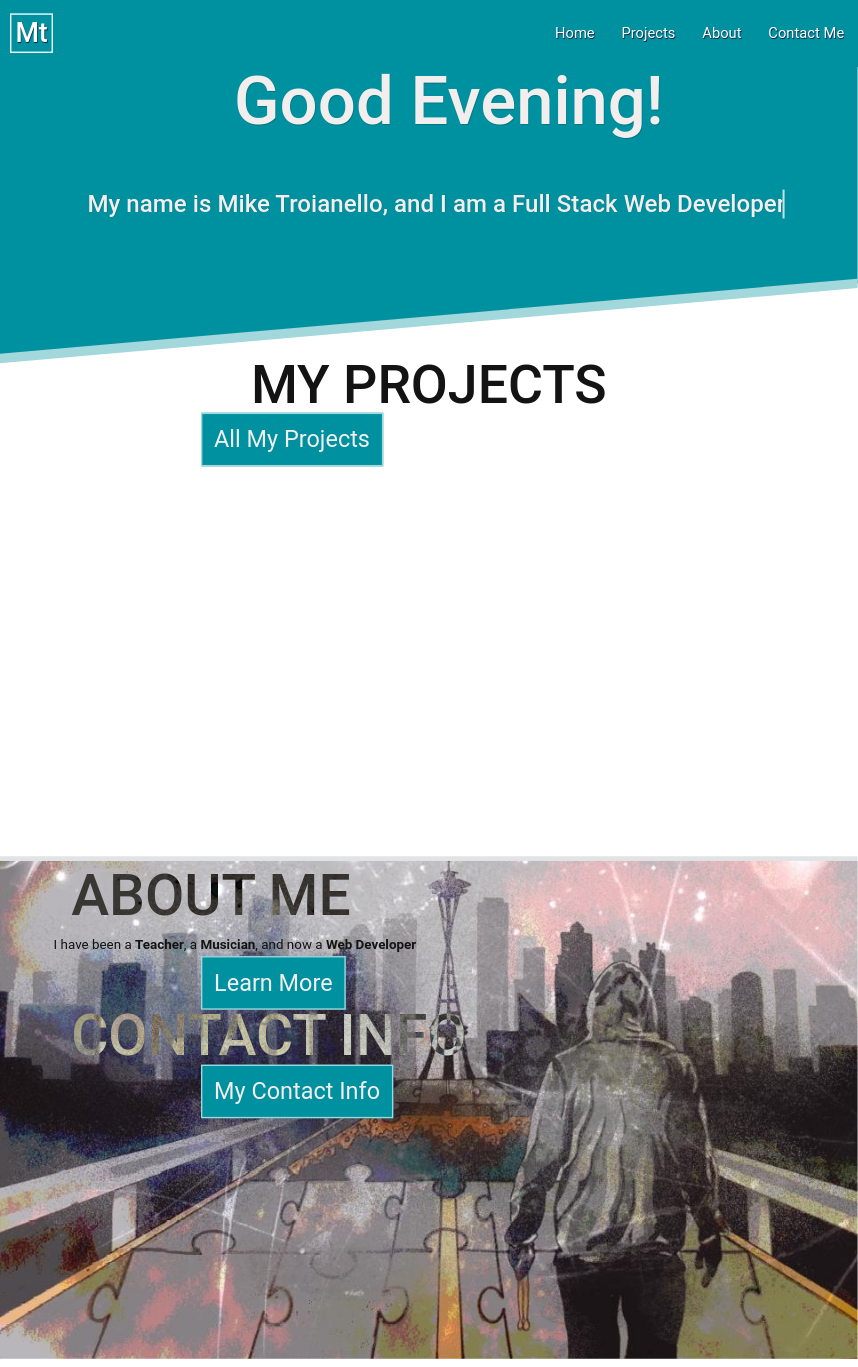
Repository: MikeTroianello/troianello
Page: /
The author's editor kept a copy of each file at every save. The page is drawn from the files as they stood at one save, then again after the next save.
The browser window is 1280 px wide. The pictures show the whole page, at 67% of full size.
The project was rebuilt for these pictures with package versions that can differ from the ones it lists, and the page was loaded fresh each time. Also part of the build but not shown: src/components/locations/About/About.css, src/components/locations/About/AboutMobile.css, src/components/locations/About/About.js, src/components/cards/RainbowDay.js, src/components/cards/CanvasBubbles.js, src/components/cards/projectCard.css, src/components/cards/projectCardMobile.css, src/components/cards/ProjectCard.js and 5 more.

Above is the page before, as saved 2019-08-03 22:08:20.

### public/index.html
<!DOCTYPE html>
<html lang="en">
  <head>
    <meta charset="utf-8" />
    <link rel="shortcut icon" href="%PUBLIC_URL%/favicon.ico" />
    <meta name="viewport" content="width=device-width, initial-scale=1" />
    <meta name="theme-color" content="#000000" />
    <!--
      manifest.json provides metadata used when your web app is installed on a
      user's mobile device or desktop. See https://developers.google.com/web/fundamentals/web-app-manifest/
    -->
    <link rel="manifest" href="%PUBLIC_URL%/manifest.json" />
    <!--
      Notice the use of %PUBLIC_URL% in the tags above.
      It will be replaced with the URL of the `public` folder during the build.
      Only files inside the `public` folder can be referenced from the HTML.

      Unlike "/favicon.ico" or "favicon.ico", "%PUBLIC_URL%/favicon.ico" will
      work correctly both with client-side routing and a non-root public URL.
      Learn how to configure a non-root public URL by running `npm run build`.
    -->
    <title>MIKE TROIANELLO</title>
  </head>
  <body>
    <noscript>You need to enable JavaScript to run this app.</noscript>
    <div id="root"></div>
  </body>
</html>

### src/App.js
import React, { Component } from 'react';
import { BrowserRouter as Router, Route, Switch } from 'react-router-dom';
import Header from './components/Header';
import Home from './components/locations/Home';
import About from './components/locations/About/About';
import Projects from './components/locations/Projects';
import Contact from './components/locations/Contact/Contact';
import NotFound from './components/locations/NotFound';
import Greet from './components/context-sensitive/Greet.js';
import './App.css';

class App extends Component {
  // state = {
  //   header: '',
  //   hours: new Date().getHours()
  // };

  // componentDidMount() {
  //   window.addEventListener('scroll', this.handleScroll);
  // }

  // componentWillUnmount() {
  //   window.removeEventListener('scroll', this.handleScroll);
  // }

  // handleScroll = event => {
  //   let scrollTop = event.srcElement.body.scrollTop;
  //   console.log(window.scrollY);
  //   // if(window.scrollY > 200 && this.state.header) {
  //   if (window.scrollY < 88) {
  //     this.setState({ header: '' });
  //     console.log(this.state.header);
  //   }
  //   if (window.scrollY > 88 && window.scrollY < 502) {
  //     this.setState({ header: <Greet classname='header-greet' /> });
  //     console.log(this.state.header);
  //   }
  //   if (window.scrollY > 503 && window.scrollY < 1266) {
  //     this.setState({ header: 'My Projects' });
  //     console.log(this.state.header);
  //   }
  //   if (window.scrollY > 1267) {
  //     this.setState({ header: 'About Me' });
  //     console.log(this.state.header);
  //   }
  // };

  render() {
    return (
      <div className='App'>
        <Router>
          {/* <Header showHeader={this.state.header} /> */}
          <Header />
          <div>
            <Switch>
              <Route exact path='/' component={Home} />
              <Route exact path='/about' component={About} />
              <Route exact path='/projects' component={Projects} />
              <Route exact path='/contact' component={Contact} />
              <Route component={NotFound} />
            </Switch>
          </div>
        </Router>
      </div>
    );
  }
}

export default App;

### src/components/Header.js
import React, { Component } from 'react';
import { Link } from 'react-router-dom';
import Greet from '../components/context-sensitive/Greet.js';

export default class Header extends Component {
  render() {
    // let headerClass = this.props.showHeader ? 'header' : 'header transition';
    // if(this.props.showHeader == "time"){
    //   this.props.showHeader = <Greet/>
    // }
    /* <div className={headerClass}> */
    return (
      <div className='header'>
        <div className='links'>
          {/* <div className='logo'>
            <Link to='/'>Mt</Link>
          </div> */}
          <Link to='/' className='logo-2'>
            <h1 className='mt-logo'>Mt</h1>
          </Link>
          <div>{this.props.showHeader}</div>

          <div className='individual-link'>
            <Link to='/'>Home</Link>
          </div>
          <div className='individual-link'>
            <Link to='/projects'>Projects</Link>
          </div>
          <div className='individual-link'>
            <Link to='/about'>About</Link>
          </div>
          <div className='individual-link test'>
            <Link to='/contact'>Contact Me</Link>
          </div>
        </div>
      </div>
    );
  }
}

### src/components/locations/Home.js
import React, { Component } from 'react';
import { Link } from 'react-router-dom';
import Greet from '../context-sensitive/Greet';

export default class Home extends Component {
  render() {
    // let date = new Date();
    // let hours = date.getHours();
    return (
      <div className='home-bg'>
        <div className='home-top'>
          <Greet hours={this.props.hours} />
          <h2 className='home-typewriter-setup home-typewriter-animation'>
            My name is Mike Troianello, and I am a Full Stack Web Developer.
          </h2>
        </div>
        <div className='home-fade1' />
        <div className='home-projects'>
          <h1>MY PROJECTS</h1>
          <div className='link'>
            <Link to='/projects'>All My Projects</Link>
          </div>
        </div>
        <div className='home-fade2' />
        <div className='home-about'>
          <h1 className='home-album-text'>ABOUT ME</h1>
          <p>
            I have been a <strong>Teacher</strong>, a <strong>Musician</strong>,
            and now a <strong>Web Developer</strong>
          </p>
          <div className='link'>
            <Link to='/about'>Learn More</Link>
          </div>
          <h1 className='home-album-text'>CONTACT INFO</h1>
          <div className='link'>
            <Link to='/contact'>My Contact Info</Link>
          </div>
        </div>
      </div>
    );
  }
}

### src/components/context-sensitive/Greet.js
import React, { Component } from 'react';

export default class Greed extends Component {
  render() {
    console.log(this.props.hours);
    const { hours } = this.props;
    function greeting() {
      console.log();
      if (hours < 12) {
        return 'Good Morning!';
      } else if (hours >= 12 && hours < 18) {
        return 'Good Afternoon!';
      } else {
        return 'Good Evening!';
      }
    }
    return (
      <div>
        <h1>{greeting()}</h1>
      </div>
    );
  }
}

### src/App.css
:root {
  --off-black: #131313;
  --off-white: #f2eeee;
}

.App {
  font-family: 'roboto';
}
@import url('https://fonts.googleapis.com/css?family=Chivo&display=swap');
@import url('https://fonts.googleapis.com/css?family=Roboto&display=swap');
@import url('https://fonts.googleapis.com/css?family=Exo+2:800&display=swap');

.App-header {
  background-color: #282c34;
  min-height: 100vh;
  display: flex;
  flex-direction: column;
  /* align-items: center; */
  justify-content: center;
  font-size: calc(10px + 2vmin);
  /* color: white; */
}

/* .App-link {
  color: #61dafb;
} */

body {
  padding-top: 47px;
}

div {
  font-size: 20px;
}

p {
  margin-left: 4em;
  color: var(--off-black);
}

/* HEADER */

.header {
  background-color: #0091a0;
  /* background-color: #192e6c; */
  overflow: hidden;
  position: fixed;
  top: 0;
  width: 100%;
  height: 100px;
  z-index: 1;
  transition: all 0.5s;
}

.header.transition {
  transition: all 0.5s;
}

.header a {
  text-decoration: none;
  font-family: 'roboto';
  color: white;
  text-shadow: 1px 1px 1px #002145;
  font-size: 1.1em;
}

/* HOME PAGE */

/* .home-bg {
  height: 300vh;
} */

.link {
  margin-left: 15em;
}

.link a {
  color: var(--off-white);
  background-color: #0091a0;
  border-style: solid;
  border-color: #a2d7dc;
  border-width: 2px;
  font-size: 1.75em;
  padding: 0.5em;
  /* border-radius: 5px; */
}

.home-top {
  background-color: #0091a0;
  height: 65vh;
  width: 100%;
  transform: skewY(-5deg);
  margin-top: -5vh;
  padding: 0;
}

.home-top h1 {
  text-align: center;
  color: var(--off-white);
  font-size: 5em;
  padding-left: 0.6em;
  padding-top: 0.8em;
  margin-bottom: 0;
  padding-bottom: 0;
  transform: skewY(5deg);
  text-shadow: 1px 1px 1px #007783;
}

.home-top h2 {
  text-align: center;
  color: var(--off-white);
  padding-left: 0.6em;
  margin-bottom: 0;
  padding-bottom: 0;
  transform: skewY(5deg);
  text-shadow: 1px 1px 1px #007783;
}

.home-typewriter-setup {
  /* position: relative;
    width: 29em;
    margin: 0 auto;
    text-align: center;
    white-space: nowrap;
    overflow: hidden; */
  position: relative;
  width: 24em;
  margin: 10vh auto;
  border-right: 3px solid rgba(255, 255, 255, 0.75);
  font-size: 180%;
  text-align: center;
  white-space: nowrap;
  overflow: hidden;
}

.home-typewriter-animation {
  animation: typewriter 4s steps(65) 1s 1 normal both,
    blinkTextCursor 1000ms steps(40) infinite normal;
}

@keyframes typewriter {
  from {
    width: 0;
  }
  to {
    width: 29.5em;
  }
}
@keyframes blinkTextCursor {
  from {
    border-right-color: rgba(255, 255, 255, 0.75);
  }
  to {
    border-right-color: transparent;
  }
}

.home-fade1 {
  height: 2vh;
  width: 100%;
  background-color: #a2d7dc;
  transform: skewY(-5deg);
  margin-top: -1vh;
}

.home-fade2 {
  height: 1vh;
  width: 100%;
  background-color: #e1e3e5;
  /* margin-top: -1vh; */
}

.home-about {
  height: 105vh;
  background: url('./components/images/pics/album-pics/thumbnail-3.jpg')
    no-repeat;
  background-size: 100% auto;
  background-position: 0 -30vh;
  /* background-repeat: no-repeat; */
  /* background-color: #909a9f; */
}

.home-about h1 {
  color: var(--off-white);
  font-size: 4.25em;
  margin-left: 1.25em;
}

.home-projects {
  font-size: 2em;
  padding-top: 1em;
  height: 110vh;
}

.home-projects h1 {
  color: var(--off-black);
  font-size: 2em;
  text-align: center;
}

.home-album-text {
  mix-blend-mode: difference;

  /* mix-blend-mode: exclusion; */
}

.home-contact {
  height: 50vh;
}

.home-contact h1 {
  font-size: 4.5em;
  margin-left: 1em;
  color: var(--off-white);
}

/* PROJECTS PAGE */

.projects {
  background-color: #1c7787;
  color: var(--off-white);
  /* height: 104vh; */
  /* margin-top: -3em; */
  padding-top: 3em;
  overflow: hidden;
  min-height: 97.45vh;
}

.project-box {
  display: flex;
  flex-wrap: wrap;
  justify-content: space-around;
  text-decoration: none;
  /* margin: 1vh 0; */
}

/* .project-box :hover {
  background: rgba(0, 0, 0, 1);
} */

.projects-title {
  text-align: center;
}

.projects-technologies {
  padding: 10vh 0 0 1.33vw;
  background-color: #1c7787;
  border-right: 1.5px solid black;
}

.links {
  display: flex;
  justify-content: flex-end;
  align-items: center;
}

.individual-link {
  margin: 0 1em;
}

/* NAVBAR */

/* logo */

.logo {
  color: white;
  padding: 1px 6px;
  font-size: 1.35em;
  font-weight: bold;
  border-style: solid;
  border-color: White;
  border-width: 2px;
  margin: 20px auto 20px 15px;
}

.logo-2 {
  color: white;
  padding: 1px 6px 0;
  font-weight: bold;
  border-style: solid;
  border-color: White;
  border-width: 2px;
  margin: 20px auto 20px 15px;
}

.mt-logo {
  margin: 3px 0;
}

Loaded but not shown: src/index.js (common file); src/index.css (common file); src/serviceWorker.js (common file)

After the next save:
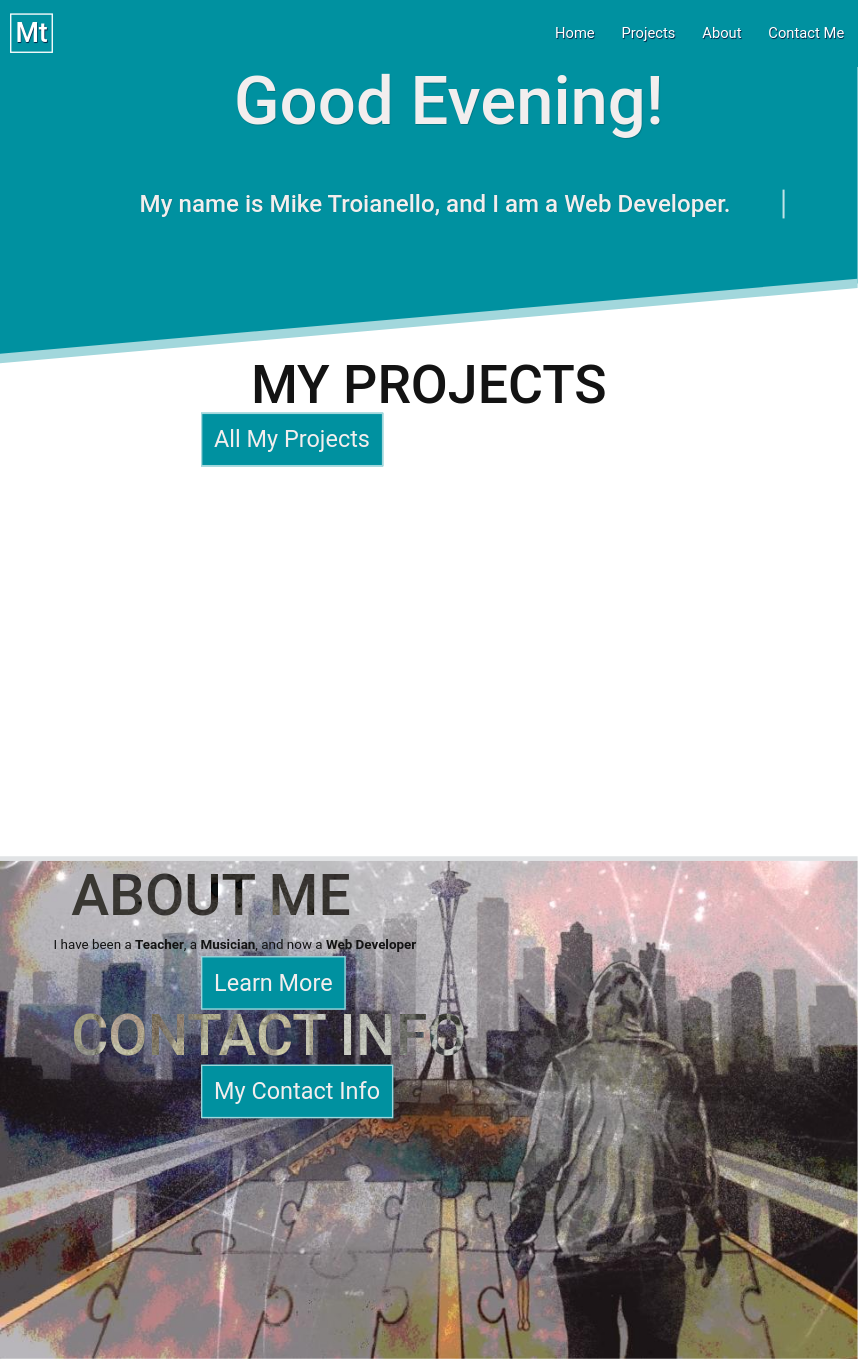
Saved 12 min 22 s later.
--- a/src/components/locations/Home.js
+++ b/src/components/locations/Home.js
@@ -11,7 +11,7 @@
         <div className='home-top'>
           <Greet hours={this.props.hours} />
           <h2 className='home-typewriter-setup home-typewriter-animation'>
-            My name is Mike Troianello, and I am a Full Stack Web Developer.
+            My name is Mike Troianello, and I am a Web Developer.
           </h2>
         </div>
         <div className='home-fade1' />

After the 2 saves that followed:
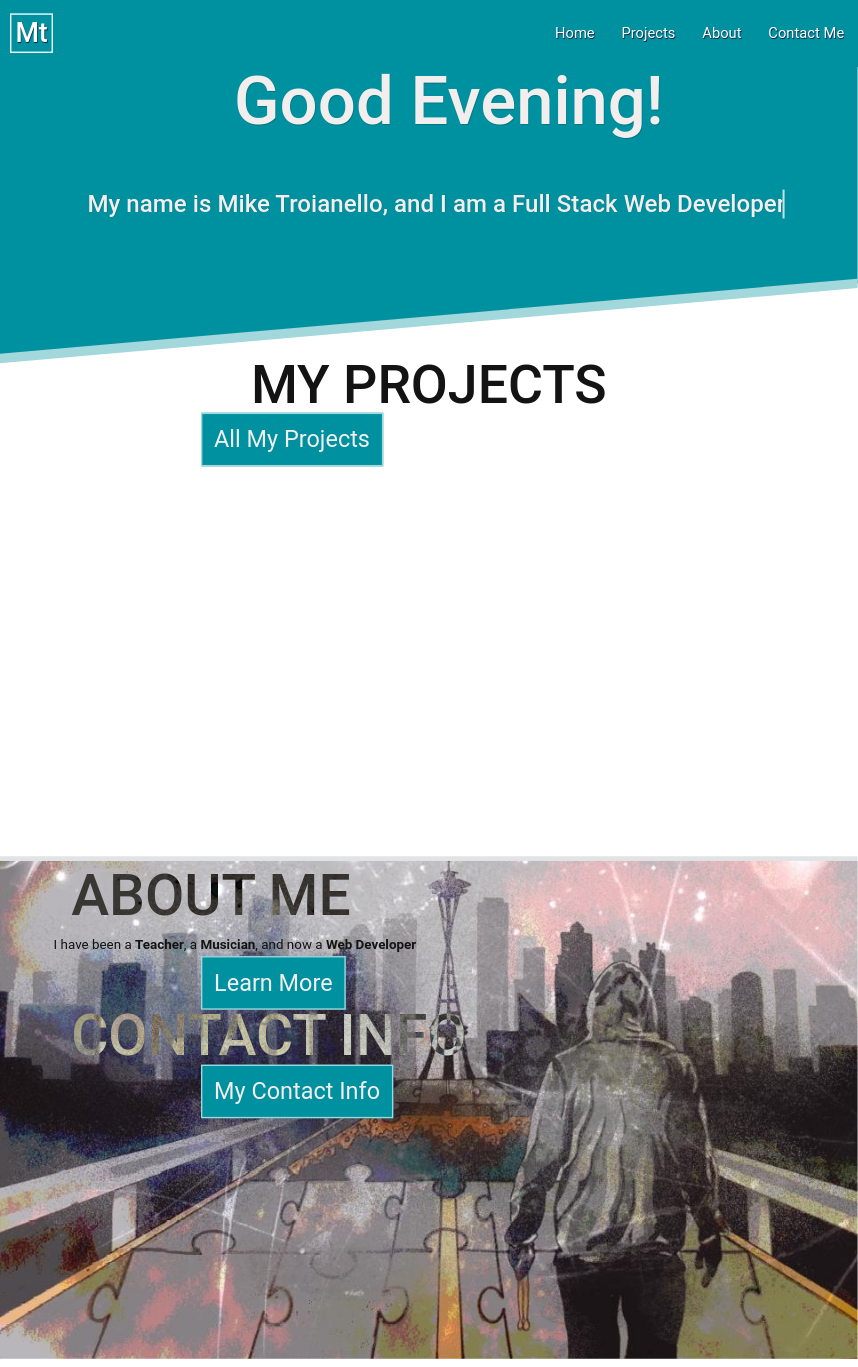
The 2 saves are shown as one change because they came seconds apart.
The last was saved 64 s later.
--- a/src/components/locations/Home.js
+++ b/src/components/locations/Home.js
@@ -11,7 +11,7 @@
         <div className='home-top'>
           <Greet hours={this.props.hours} />
           <h2 className='home-typewriter-setup home-typewriter-animation'>
-            My name is Mike Troianello, and I am a Web Developer.
+            My name is Mike Troianello, and I am a Full Stack Web Developer.
           </h2>
         </div>
         <div className='home-fade1' />
